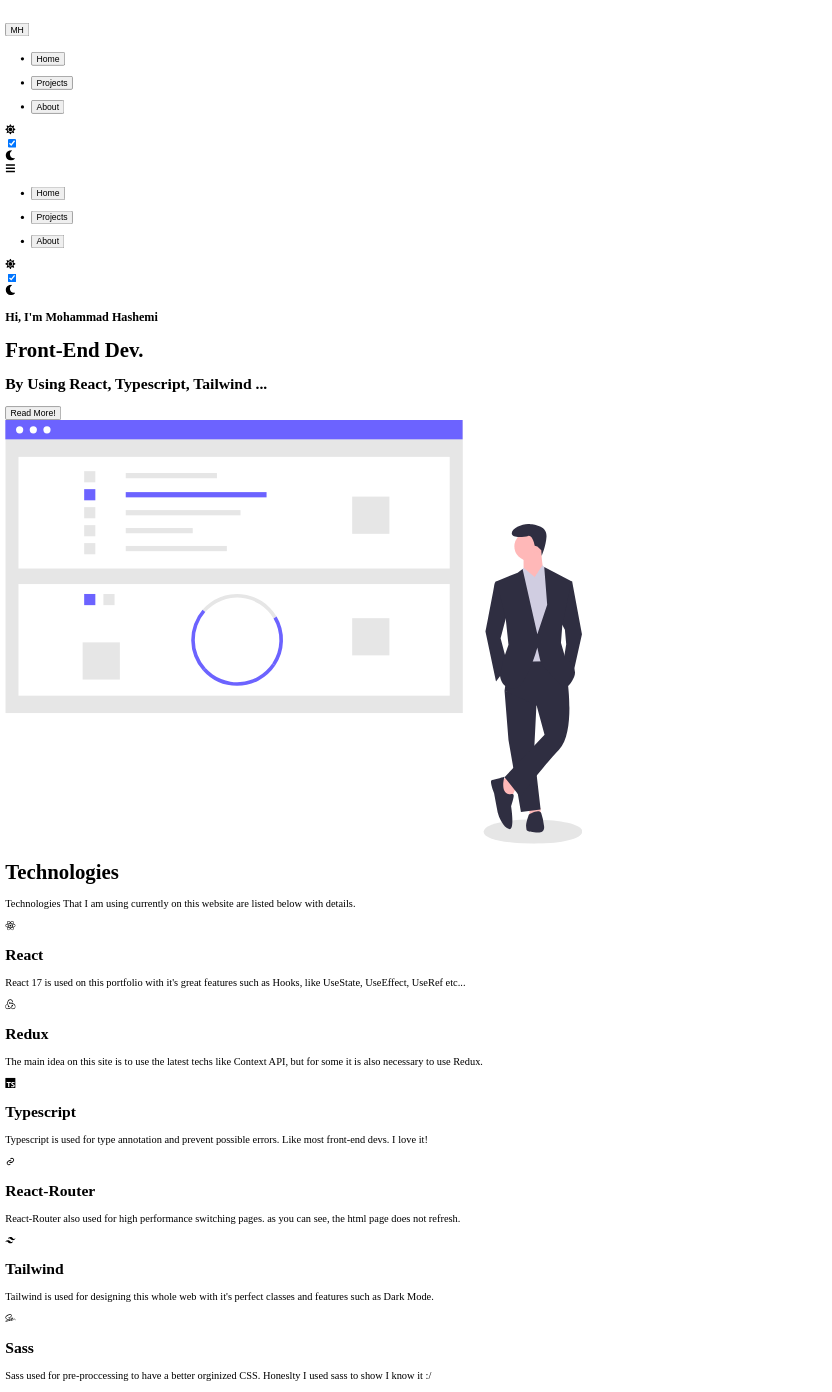
Repository: SMohammadH/react-typescript-tailwind
Page: /
The author's editor kept a copy of each file at every save. The page is drawn from the files as they stood at one save, then again after the next save.
The browser window is 1280 px wide. The pictures show the whole page, at 65% of full size.
Pictures or frames that could not be fetched are drawn as grey boxes. The project was rebuilt for these pictures with package versions that can differ from the ones it lists, and the page was loaded fresh each time. Also part of the build but not shown: craco.config.js.

Above is the page before, as saved 2021-02-05 05:25:07.

After the next save:
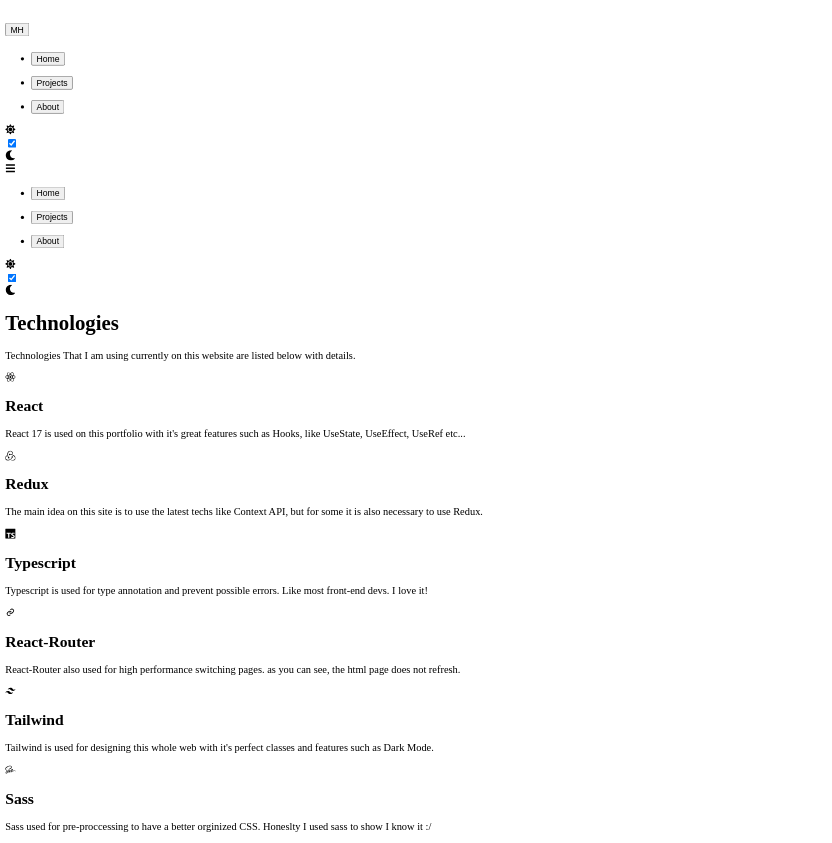
Saved 49 s later.
--- a/src/App.tsx
+++ b/src/App.tsx
@@ -13,7 +13,7 @@
         <Navbar />
         <div className="body bg-primary text-primary">
           <Header />
-          <FirstSection />
+          {/* <FirstSection /> */}
           <SecondSection />
         </div>
       </ThemeProvider>
